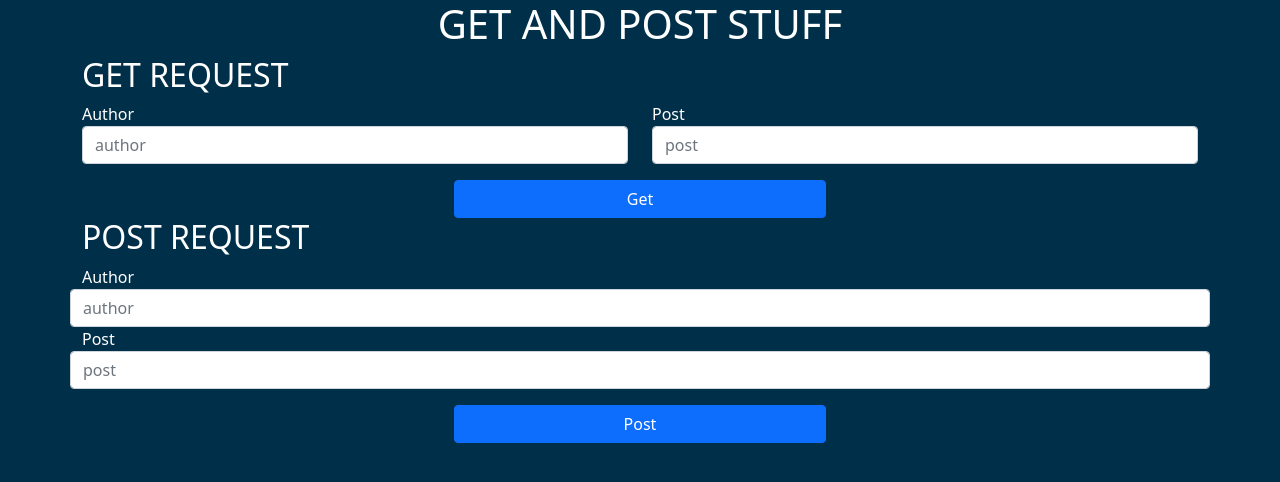
Repository: uditjain100/JavaScript-for-Web
Page: 17.REST/getPost.html
These files come from the project's save history. The page is drawn as it stood at one moment and after the next save; the edit follows.
The browser window is 1280 px wide. The pictures show the whole page.

Above is the page before, as saved 2021-01-28 17:23:34.

### 17.REST/getPost.html
<!DOCTYPE html>
<html lang="en">
  <head>
    <meta charset="UTF-8" />
    <meta name="viewport" content="width=device-width, initial-scale=1.0" />
    <title>GET_POST</title>
    <link
      href="https://cdn.jsdelivr.net/npm/bootstrap@5.0.0-beta1/dist/css/bootstrap.min.css"
      rel="stylesheet"
      integrity="sha384-giJF6kkoqNQ00vy+HMDP7azOuL0xtbfIcaT9wjKHr8RbDVddVHyTfAAsrekwKmP1"
      crossorigin="anonymous"
    />
  </head>
  <body style="background-color: #003049; color: white">
    <div class="container">
      <h1 class="display_2 d-grid col-6 mx-auto" style="text-align: center">
        GET AND POST STUFF
      </h1>

      <h2 class="display_4">GET REQUEST</h2>

      <form
        action="http://localhost:3000/tacos"
        class="form-group"
        method="GET"
      >
        <div class="row">
          <div class="form-group col-6">
            <label for="get_author" id="author_label">Author</label>
            <input
              type="text"
              class="form-control"
              id="get_author"
              placeholder="author"
            />
          </div>
          <div class="form-group col-6">
            <label for="get_post" id="post_label">Post</label>
            <input
              type="text"
              class="form-control"
              id="get_post"
              placeholder="post"
            />
          </div>
        </div>
        <button type="submit" class="btn btn-primary d-grid col-4 mx-auto mt-3">
          Get
        </button>
      </form>

      <h2 class="display_4">POST REQUEST</h2>

      <!-- <form
        action="http://localhost:3000/tacos"
        class="form-group"
        method="POST"
      >
        <div class="row">
          <div class="form-group col-6">
            <label for="post_author" id="author_label">Author</label>
            <input
              type="text"
              class="form-control"
              id="post_author"
              placeholder="author"
            />
          </div>
          <div class="form-group col-6">
            <label for="post_post" id="post_label">Post</label>
            <input
              type="text"
              class="form-control"
              id="post_post"
              placeholder="post"
            />
          </div>
        </div>
        <button type="submit" class="btn btn-primary d-grid col-4 mx-auto mt-3">
          Post
        </button>
      </form> -->

      <form
        action="http://localhost:3000/tacos"
        class="form-group"
        method="POST"
      >
        <div class="row">
          <label for="post_author" id="author_label">Author</label>
          <input
            type="text"
            class="form-control"
            id="post_author"
            placeholder="author"
          />
          <label for="post_post" id="post_label">Post</label>
          <input
            type="text"
            class="form-control"
            id="post_post"
            placeholder="post"
          />
        </div>
        <button type="submit" class="btn btn-primary d-grid col-4 mx-auto mt-3">
          Post
        </button>
      </form>
    </div>
  </body>
</html>

After the next save:
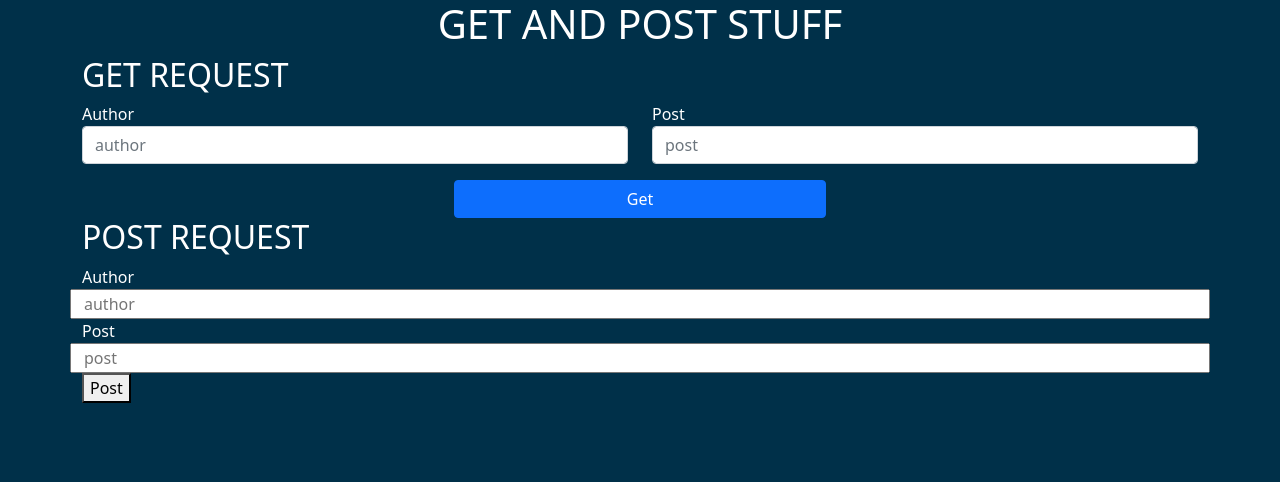
Saved 31 s later.
--- a/17.REST/getPost.html
+++ b/17.REST/getPost.html
@@ -88,23 +88,11 @@
       >
         <div class="row">
           <label for="post_author" id="author_label">Author</label>
-          <input
-            type="text"
-            class="form-control"
-            id="post_author"
-            placeholder="author"
-          />
+          <input type="text" id="post_author" placeholder="author" />
           <label for="post_post" id="post_label">Post</label>
-          <input
-            type="text"
-            class="form-control"
-            id="post_post"
-            placeholder="post"
-          />
+          <input type="text" id="post_post" placeholder="post" />
         </div>
-        <button type="submit" class="btn btn-primary d-grid col-4 mx-auto mt-3">
-          Post
-        </button>
+        <button type="submit">Post</button>
       </form>
     </div>
   </body>
